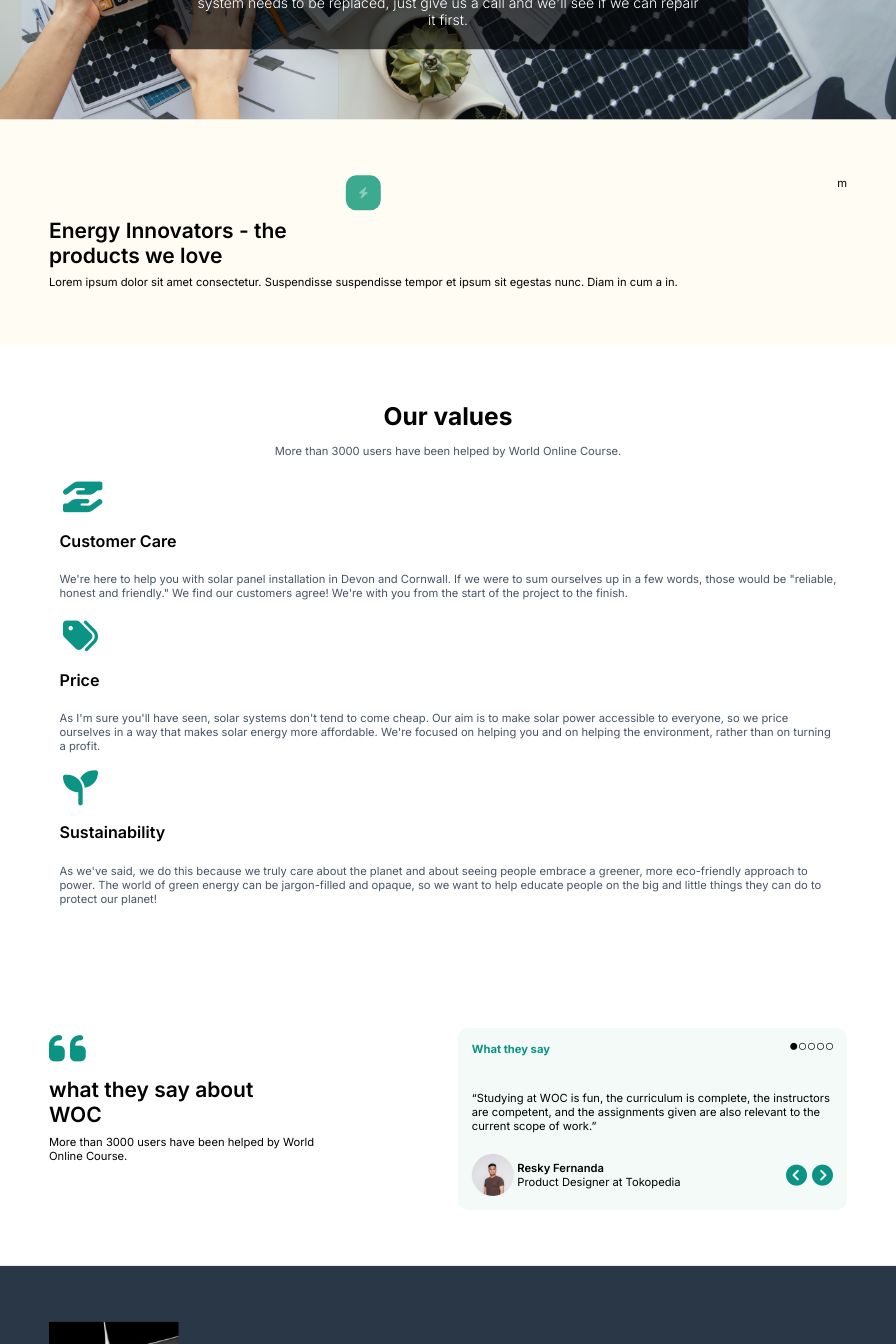
Repository: zeinawady/Solar-Company-Template
Page: index.html
The author's editor kept a copy of each file at every save. The page is drawn from the files as they stood at one save, then again after a run of saves.
The browser window is 1280 px wide. The pictures show the part of the page from y = 2989 to 4909 px (the page is 5264 px tall before and 5314 px after), at 70% of full size.
Some web fonts or font styles are not loaded; a fallback is used.

Above is the page before, as saved 2024-09-21 14:58:18.

After the next 3 saves:
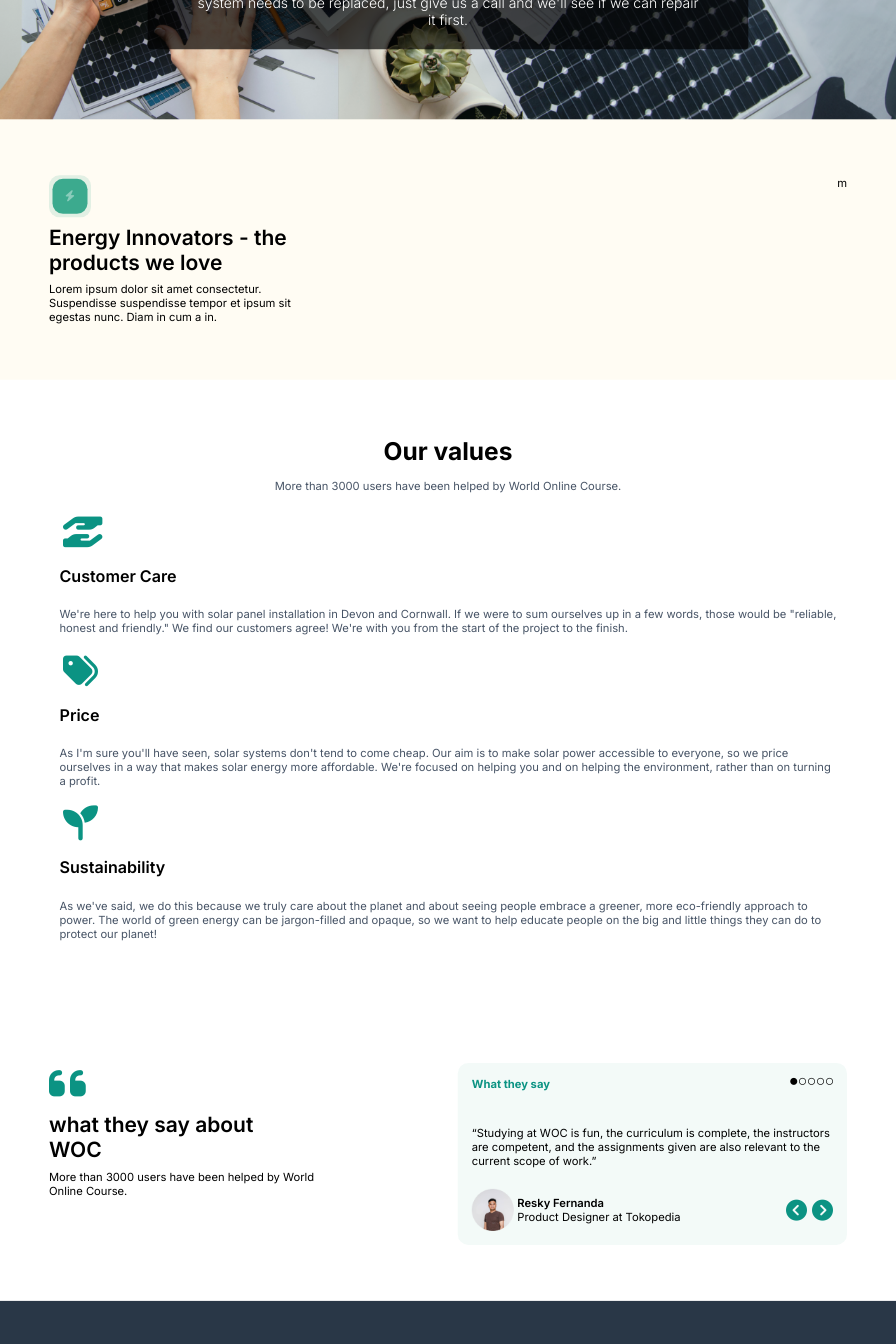
The 3 saves are shown as one change because they came seconds apart.
The last was saved 11 s later.
--- a/css/style.css
+++ b/css/style.css
@@ -493,7 +493,9 @@ progress::-webkit-progress-value {
     padding-bottom: 80px;
 
 }
-.energ
+.energy-text{
+    max-width: 360px;
+}
 .icon {
     width: 60px;
     height: 60px;
